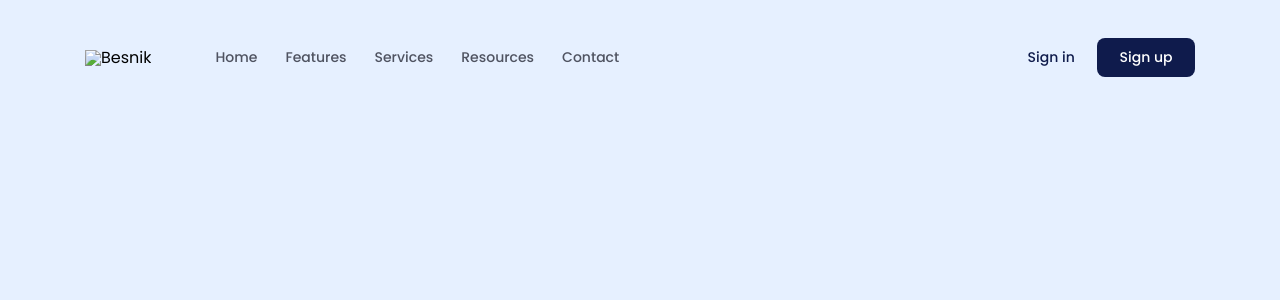
Repository: Phu2992/htmlcss-f8-01
Page: index.html
These files come from the project's save history. The page is drawn as it stood at one moment and after the next save; the edit follows.
The browser window is 1280 px wide. The pictures show the whole page.

Above is the page before, as saved 2024-09-26 15:36:41.

### index.html
<!DOCTYPE html>
<html lang="en">
    <head>
        <meta charset="UTF-8" />
        <meta name="viewport" content="width=device-width, initial-scale=1.0" />
        <link rel="stylesheet" href="./assets/css/reset.css" />
        <link rel="stylesheet" href="./assets/fonts/stylesheet.css" />
        <link rel="stylesheet" href="./assets/css/styles.css" />
        <title>F8-Project-1</title>
    </head>
    <body>
        <main>
            <!-- Header -->
            <header class="header">
                <div class="content">
                    <nav class="navbar">
                        <img src="./assets/img/logo.svg" alt="Besnik" />
                        <ul>
                            <li><a href="#!">Home</a></li>
                            <li><a href="#!">Features</a></li>
                            <li><a href="#!">Services</a></li>
                            <li><a href="#!">Resources</a></li>
                            <li><a href="#!">Contact</a></li>
                        </ul>
                        <div class="action">
                            <a href="#!" class="action-link">Sign in</a>
                            <a href="#!" class="btn">Sign up</a>
                        </div>
                    </nav>
                </div>
            </header>
        </main>
    </body>
</html>

### assets/fonts/stylesheet.css
/* ===================== Poppins====================== */
@font-face {
    font-family: "Poppins";
    src: url("poppins/Poppins-Bold.woff2") format("woff2"),
        url("poppins/Poppins-Bold.woff") format("woff");
    font-weight: bold;
    font-style: normal;
    font-display: swap;
}

@font-face {
    font-family: "Poppins";
    src: url("poppins/Poppins-BlackItalic.woff2") format("woff2"),
        url("poppins/Poppins-BlackItalic.woff") format("woff");
    font-weight: 900;
    font-style: italic;
    font-display: swap;
}

@font-face {
    font-family: "Poppins";
    src: url("poppins/Poppins-Black.woff2") format("woff2"),
        url("poppins/Poppins-Black.woff") format("woff");
    font-weight: 900;
    font-style: normal;
    font-display: swap;
}

@font-face {
    font-family: "Poppins";
    src: url("poppins/Poppins-ExtraBold.woff2") format("woff2"),
        url("poppins/Poppins-ExtraBold.woff") format("woff");
    font-weight: bold;
    font-style: normal;
    font-display: swap;
}

@font-face {
    font-family: "Poppins";
    src: url("poppins/Poppins-ExtraLight.woff2") format("woff2"),
        url("poppins/Poppins-ExtraLight.woff") format("woff");
    font-weight: 200;
    font-style: normal;
    font-display: swap;
}

@font-face {
    font-family: "Poppins";
    src: url("poppins/Poppins-BoldItalic.woff2") format("woff2"),
        url("poppins/Poppins-BoldItalic.woff") format("woff");
    font-weight: bold;
    font-style: italic;
    font-display: swap;
}

@font-face {
    font-family: "Poppins";
    src: url("poppins/Poppins-ExtraBoldItalic.woff2") format("woff2"),
        url("poppins/Poppins-ExtraBoldItalic.woff") format("woff");
    font-weight: bold;
    font-style: italic;
    font-display: swap;
}

@font-face {
    font-family: "Poppins";
    src: url("poppins/Poppins-Light.woff2") format("woff2"),
        url("poppins/Poppins-Light.woff") format("woff");
    font-weight: 300;
    font-style: normal;
    font-display: swap;
}

@font-face {
    font-family: "Poppins";
    src: url("poppins/Poppins-LightItalic.woff2") format("woff2"),
        url("poppins/Poppins-LightItalic.woff") format("woff");
    font-weight: 300;
    font-style: italic;
    font-display: swap;
}

@font-face {
    font-family: "Poppins";
    src: url("poppins/Poppins-Italic.woff2") format("woff2"),
        url("poppins/Poppins-Italic.woff") format("woff");
    font-weight: normal;
    font-style: italic;
    font-display: swap;
}

@font-face {
    font-family: "Poppins";
    src: url("poppins/Poppins-ExtraLightItalic.woff2") format("woff2"),
        url("poppins/Poppins-ExtraLightItalic.woff") format("woff");
    font-weight: 200;
    font-style: italic;
    font-display: swap;
}

@font-face {
    font-family: "Poppins";
    src: url("poppins/Poppins-Medium.woff2") format("woff2"),
        url("poppins/Poppins-Medium.woff") format("woff");
    font-weight: 500;
    font-style: normal;
    font-display: swap;
}

@font-face {
    font-family: "Poppins";
    src: url("poppins/Poppins-ThinItalic.woff2") format("woff2"),
        url("poppins/Poppins-ThinItalic.woff") format("woff");
    font-weight: 100;
    font-style: italic;
    font-display: swap;
}

@font-face {
    font-family: "Poppins";
    src: url("poppins/Poppins-Thin.woff2") format("woff2"),
        url("poppins/Poppins-Thin.woff") format("woff");
    font-weight: 100;
    font-style: normal;
    font-display: swap;
}

@font-face {
    font-family: "Poppins";
    src: url("poppins/Poppins-SemiBold.woff2") format("woff2"),
        url("poppins/Poppins-SemiBold.woff") format("woff");
    font-weight: 600;
    font-style: normal;
    font-display: swap;
}

@font-face {
    font-family: "Poppins";
    src: url("poppins/Poppins-SemiBoldItalic.woff2") format("woff2"),
        url("poppins/Poppins-SemiBoldItalic.woff") format("woff");
    font-weight: 600;
    font-style: italic;
    font-display: swap;
}

@font-face {
    font-family: "Poppins";
    src: url("poppins/Poppins-MediumItalic.woff2") format("woff2"),
        url("poppins/Poppins-MediumItalic.woff") format("woff");
    font-weight: 500;
    font-style: italic;
    font-display: swap;
}

@font-face {
    font-family: "Poppins";
    src: url("poppins/Poppins-Regular.woff2") format("woff2"),
        url("poppins/Poppins-Regular.woff") format("woff");
    font-weight: normal;
    font-style: normal;
    font-display: swap;
}

### assets/css/styles.css
* {
    box-sizing: border-box;
}

:root {
    --primari-color: #0f1b4c;
}

html {
    font-size: 62.5%;
}

body {
    font-size: 1.6rem;
    font-family: "Poppins", sans-serif;
}

/* common */
.content {
    width: 1110px;
    max-width: calc(100% - 48px);
    margin-left: auto;
    margin-right: auto;
}

a {
    text-decoration: none;
}

.header {
    background-color: #e6f0ff;
    height: 100vh;
    /* margin: auto; */
}

.btn {
    display: inline-block;
    padding: 14px 16px;
    min-width: 98px;
    border-radius: 8px;
    background: var(--primari-color);
    color: #ffffff;
    text-align: center;
    font-size: 1.4rem;
    font-style: normal;
    font-weight: 500;
    line-height: normal;
}

/* Header-Navigation */
.navbar {
    display: flex;
    align-items: center;
    padding-top: 38px;
}

.navbar ul {
    display: flex;
    margin-left: 50px;
}

.navbar ul a {
    color: #4f5361;
    font-size: 1.4rem;
    font-style: normal;
    font-weight: 500;
    line-height: normal;
    padding: 8px 14px;
}

.navbar .action {
    margin-left: auto;
}

.navbar .action-link {
    color: var(--primari-color);
    font-size: 1.4rem;
    font-style: normal;
    font-weight: 500;
    line-height: normal;
}

.navbar .action .btn {
    padding: 9px 16px;
    margin-left: 18px;
}

.btn:hover {
    opacity: 0.9;
}

.navbar ul a:hover {
    text-decoration: underline;
}

Loaded but not shown: assets/css/reset.css (common file)

After the next save:
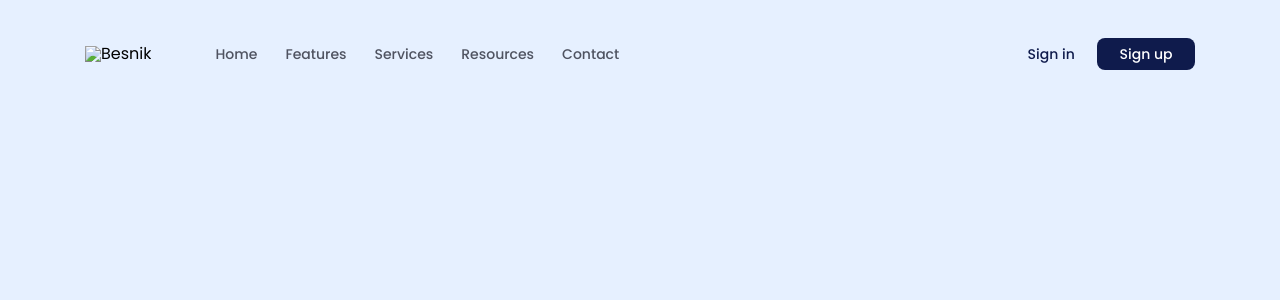
Saved 38 s later.
--- a/assets/css/styles.css
+++ b/assets/css/styles.css
@@ -42,9 +42,7 @@
     color: #ffffff;
     text-align: center;
     font-size: 1.4rem;
-    font-style: normal;
     font-weight: 500;
-    line-height: normal;
 }
 
 /* Header-Navigation */
